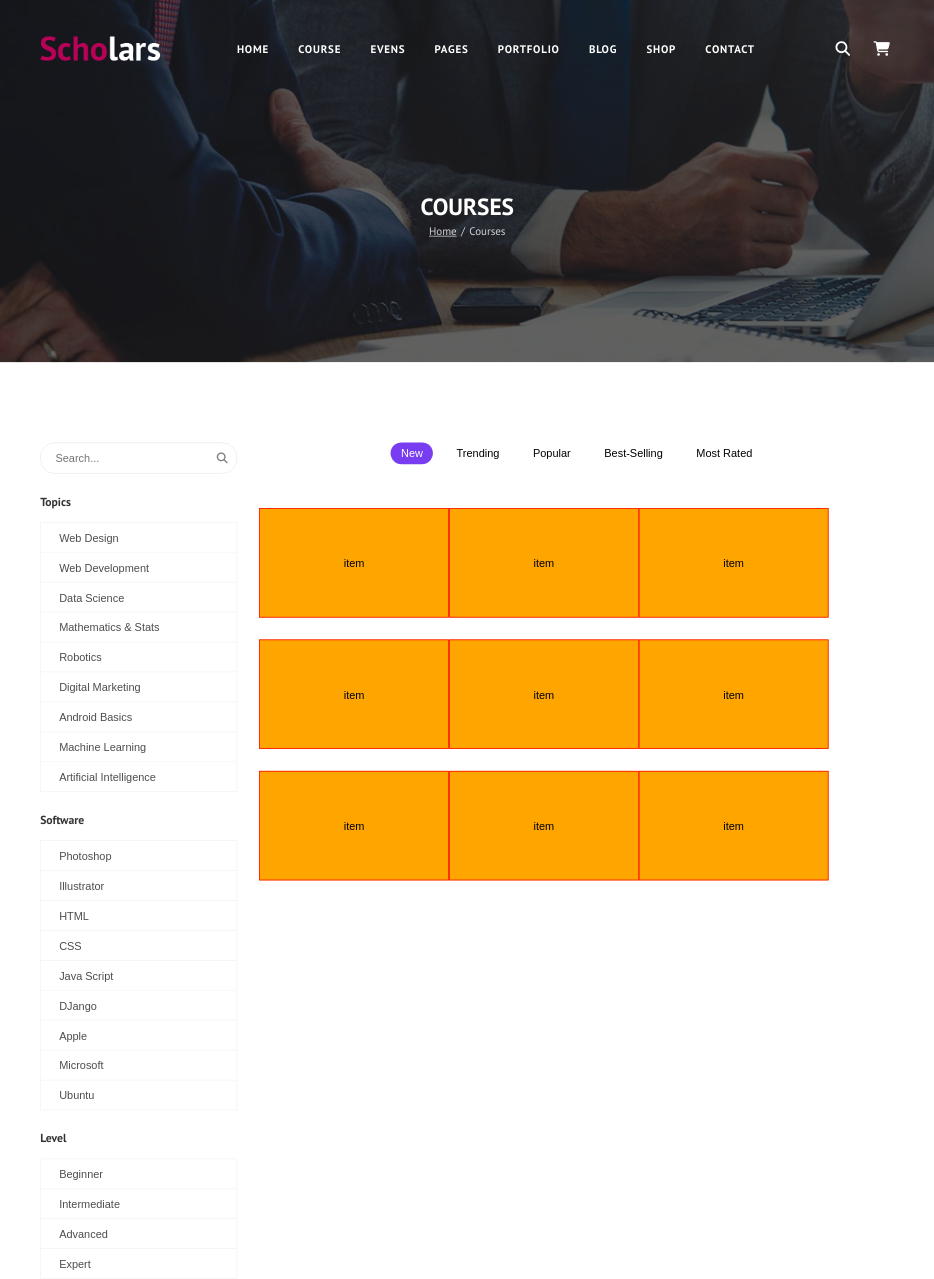
Repository: lannguyen1301/f8-zoom-day-7
Page: index.html
The author's editor kept a copy of each file at every save. The page is drawn from the files as they stood at one save, then again after the next save.
The browser window is 1280 px wide. The pictures show the whole page, at 73% of full size.
Some web fonts or font styles are not loaded; a fallback is used.

Above is the page before, as saved 2025-04-25 00:01:52.

### index.html
<!DOCTYPE html>
<html lang="en">

<head>
    <meta charset="UTF-8">
    <meta name="viewport" content="width=device-width, initial-scale=1.0">
    <title>Scholars - Education, University & LMS HTML Template</title>

    <!-- Styles -->
    <link rel="stylesheet" href="./assets/css/reset.css">
    <link rel="stylesheet" href="./assets/css/style.css">

    <!-- Icon Font Awesome -->
    <link rel="stylesheet" href="https://cdnjs.cloudflare.com/ajax/libs/font-awesome/6.7.2/css/all.min.css"
        integrity="sha512-Evv84Mr4kqVGRNSgIGL/F/aIDqQb7xQ2vcrdIwxfjThSH8CSR7PBEakCr51Ck+w+/U6swU2Im1vVX0SVk9ABhg=="
        crossorigin="anonymous" referrerpolicy="no-referrer" />

    <!-- Font -->
    <link rel="preconnect" href="https://fonts.googleapis.com">
    <link rel="preconnect" href="https://fonts.gstatic.com" crossorigin>

    <link
        href="https://fonts.googleapis.com/css2?family=PT+Sans:ital,wght@0,400;0,700;1,400;1,700&family=Source+Sans+3:ital,wght@0,200..900;1,200..900&display=swap"
        rel="stylesheet">
</head>

<body>
    <div class="wrapper">
        <!-- Start header wrapper -->
        <div class="header-wrapper">
            <div class="inner">
                <div class="container header-container">
                    <!-- Start Header -->
                    <div class="header">
                        <!-- logo -->
                        <a href="./">
                            <img src="./assets/img/logo/logo.png" alt="Scholars Logo" class="header-logo">
                        </a>

                        <!-- Start Navigation -->
                        <ul class="nav">
                            <li class="item">
                                <a href="#!" class="link">Home</a>
                            </li>
                            <li class="item">
                                <a href="#!" class="link">Course</a>
                            </li>
                            <li class="item">
                                <a href="#!" class="link">Evens</a>
                            </li>
                            <li class="item">
                                <a href="#!" class="link">pages</a>
                            </li>
                            <li class="item">
                                <a href="#!" class="link">Portfolio</a>
                            </li>
                            <li class="item">
                                <a href="#!" class="link">Blog</a>
                            </li>
                            <li class="item">
                                <a href="#!" class="link">Shop</a>
                            </li>
                            <li class="item">
                                <a href="#!" class="link">Contact</a>
                            </li>
                        </ul>
                        <!-- End Navigation -->

                        <!-- User action -->
                        <div class="action-wrapper">
                            <button class="action-btn">
                                <i class="fa-solid fa-magnifying-glass"></i>
                            </button>
                            <button class="action-btn">
                                <i class="fa-solid fa-cart-shopping"></i>
                            </button>
                        </div>
                    </div>
                    <!-- End Header -->

                    <!-- Start Header Content -->
                    <div class="header-content">
                        <h1 class="heading">COURSES</h1>
                        <ul class="breadcrumb">
                            <li>
                                <a href="#!">Home</a>
                            </li>
                            <li>Courses</li>
                        </ul>
                    </div>
                    <!-- End Header Content -->
                </div>
            </div>
        </div>
        <!-- End header wrapper -->

        <!-- Start main -->
        <div class="main">
            <div class="container">
                <div class="inner">
                    <!-- Start sidebar -->
                    <div class="sidebar">
                        <!-- Start search form -->
                        <form action="" class="search-form" autocomplete="off">
                            <input type="text" name="" id="" placeholder="Search..." spellcheck="false"
                                class="search-input">
                            <button class="search-btn">
                                <i class="fa-solid fa-magnifying-glass"></i>
                            </button>
                        </form>
                        <!-- End search form -->

                        <!-- Start sidebar menu -->
                        <h2 class="menu-title">
                            Topics
                        </h2>
                        <ul class="menu">
                            <li>
                                <a href="#!">Web Design</a>
                            </li>
                            <li>
                                <a href="#!">Web Development</a>
                            </li>
                            <li>
                                <a href="#!">Data Science</a>
                            </li>
                            <li>
                                <a href="#!">Mathematics & Stats</a>
                            </li>
                            <li>
                                <a href="#!">Robotics</a>
                            </li>
                            <li>
                                <a href="#!">Digital Marketing</a>
                            </li>
                            <li>
                                <a href="#!">Android Basics</a>
                            </li>
                            <li>
                                <a href="#!">Machine Learning</a>
                            </li>
                            <li>
                                <a href="#!">Artificial Intelligence</a>
                            </li>
                        </ul>

                        <h2 class="menu-title">
                            Software
                        </h2>
                        <ul class="menu">
                            <li>
                                <a href="#!">Photoshop</a>
                            </li>
                            <li>
                                <a href="#!">Illustrator</a>
                            </li>
                            <li>
                                <a href="#!">HTML</a>
                            </li>
                            <li>
                                <a href="#!">CSS</a>
                            </li>
                            <li>
                                <a href="#!">Java Script</a>
                            </li>
                            <li>
                                <a href="#!">DJango</a>
                            </li>
                            <li>
                                <a href="#!">Apple</a>
                            </li>
                            <li>
                                <a href="#!">Microsoft</a>
                            </li>
                            <li>
                                <a href="#!">Ubuntu</a>
                            </li>
                        </ul>

                        <h2 class="menu-title">
                            Level
                        </h2>
                        <ul class="menu">
                            <li>
                                <a href="#!">Beginner</a>
                            </li>
                            <li>
                                <a href="#!">Intermediate</a>
                            </li>
                            <li>
                                <a href="#!">Advanced</a>
                            </li>
                            <li>
                                <a href="#!">Expert</a>
                            </li>
                        </ul>
                        <!-- End sidebar menu -->
                    </div>
                    <!-- End sidebar -->

                    <!-- Start main content -->
                    <div class="main-content">
                        <!-- Start topics -->
                        <ul class="topics">
                            <li class="active">
                                <a href="#!">New</a>
                            </li>
                            <li>
                                <a href="#!">Trending</a>
                            </li>
                            <li>
                                <a href="#!">Popular</a>
                            </li>
                            <li>
                                <a href="#!">Best-Selling</a>
                            </li>
                            <li>
                                <a href="#!">Most Rated</a>
                            </li>
                        </ul>
                        <!-- End topics -->

                        <!-- Start Courses lisst -->
                        <div class="courses-list">
                            <div class="courses-item">item</div>
                            <div class="courses-item">item</div>
                            <div class="courses-item">item</div>
                            <div class="courses-item">item</div>
                            <div class="courses-item">item</div>
                            <div class="courses-item">item</div>
                            <div class="courses-item">item</div>
                            <div class="courses-item">item</div>
                            <div class="courses-item">item</div>
                        </div>
                        <!-- End Courses lisst -->
                    </div>
                    <!-- End main content -->
                </div>
            </div>
        </div>
        <!-- End main -->
    </div>

</body>

</html>

### assets/css/style.css
*,
::before,
::after {
    box-sizing: border-box;
}

:root {
    --heading-font: "PT Sans", sans-serif;
    --black: #000;
    --white: #fff;
    --primary: #b80257;
    --secondary: #783df0;
}

html {
    font-size: 62.5%;
}

body {
    scroll-behavior: smooth;
    font-family: "Source Sans 3", sans-serif;
    font-size: 1.5rem;
}

h1,
h2,
h3,
h4,
h5,
h6 {
    font-family: var(--heading-font);
    font-weight: 700;
}

input,
button {
    border: none;
    outline: none;
    background: transparent;
    cursor: pointer;
}

a,
img,
button,
input,
textarea,
select {
    font-size: inherit;
    font-family: inherit;
    color: inherit;
    -webkit-tap-highlight-color: transparent;
    /**
        Thuộc tính -webkit-tap-highlight-color được sử dụng trong CSS
        để kiểm soát hiệu ứng highlight (màu nhấp nháy) khi người dùng chạm vào
        một phần tử trên các thiết bị di động sử dụng trình duyệt WebKit (Safari, Chrome trên iOS).
    **/
}

.container {
    width: 1170px;
    max-width: 100%;
    margin: 0 auto;
}

/* Start header wrapper */
.header-wrapper {
    display: flex;
    width: 100%;
    min-height: 496px;
    background-image: url(../img/banner/banner-2.jpg);
    background-repeat: no-repeat;
    background-size: cover;
    background-position: center;
}

.header-wrapper .inner {
    display: flex;
    width: 100%;
    background: rgba(0, 0, 0, 0.6);
}

.header-container {
    display: flex;
    flex-direction: column;
}

.header {
    display: flex;
    align-items: center;
    justify-content: space-between;
    padding-top: 40px;
}

.header-content {
    display: flex;
    flex-direction: column;
    align-items: center;
    justify-content: center;
    gap: 10px;
    flex-grow: 1;
    color: var(--white);
}

.header .nav {
    display: flex;
}

.nav a {
    display: inline-block;
    padding: 20px;
    color: var(--white);
    text-transform: uppercase;
    text-decoration: none;
    font-family: var(--heading-font);
    font-weight: 700;
    font-size: 1.5rem;
    letter-spacing: 1.1px;
}

.action-wrapper {
    display: flex;
    align-items: center;
    justify-content: center;
    gap: 20px;
}

.action-btn {
    font-size: 2rem;
    color: var(--white);
}

h1.heading {
    font-size: 3.2rem;
}

.breadcrumb {
    display: flex;
    font-family: var(--heading-font);
    font-size: 1.5rem;
    color: #fffc;
}

.breadcrumb li + li::before {
    content: "/";
    padding: 0 6px;
}

/* Start main */
.main {
    margin-top: 110px;
}

.main .inner {
    display: flex;
    gap: 30px;
}

/* Start sidebar */
.sidebar {
    width: 270px;
}

.search-form {
    display: flex;
    align-items: center;
    height: 43px;
    border: 1px solid #00000017;
    border-radius: 20px;
    overflow: hidden;
}

.search-input {
    flex-grow: 1;
    padding-left: 20px;
}

.search-input:not(:placeholder-shown) + .search-btn {
    color: #333;
}

.search-btn {
    padding: 0 20px;
    /* height: 100%; */
    align-self: stretch;
    color: #00000080;
}

.menu-title {
    margin-top: 30px;
    color: #333;
    font-size: 1.6rem;
}

ul.menu {
    margin-top: 20px;
    border: 1px solid #0000000d;
}

ul.menu li + li {
    border-top: 1px solid #0000000d;
}

.menu a {
    display: flex;
    align-items: center;
    height: 40px;
    padding: 0 25px;
    color: #000000b3;
    text-decoration: none;
}

.menu a:hover {
    color: var(--secondary);
}

.main .main-content {
    flex-grow: 1;
}

/* Topics */
.topics {
    display: flex;
    gap: 18px;
    justify-content: center;
}

.topics a {
    display: inline-block;
    height: 30px;
    padding: 0 14px;
    border-radius: 999px;
    text-decoration: none;
    line-height: 30px;
}

.topics .active a,
.topics a:hover {
    background: var(--secondary);
    /* border-radius: 999px; */
    color: var(--white);
}

/* Courses list */
.courses-list {
    display: flex;
    flex-wrap: wrap;
    row-gap: 30px;
    margin-top: 60px;
    /* margin-left: -30px; */
}

.courses-item {
    display: flex;
    align-items: center;
    justify-content: center;
    width: calc(33.333% - 30px);
    min-height: 150px;
    /* margin-left: 30px; */
    background: orange;
    border: 1px solid red;
}

Loaded but not shown: assets/css/reset.css (common file)

After the next save:
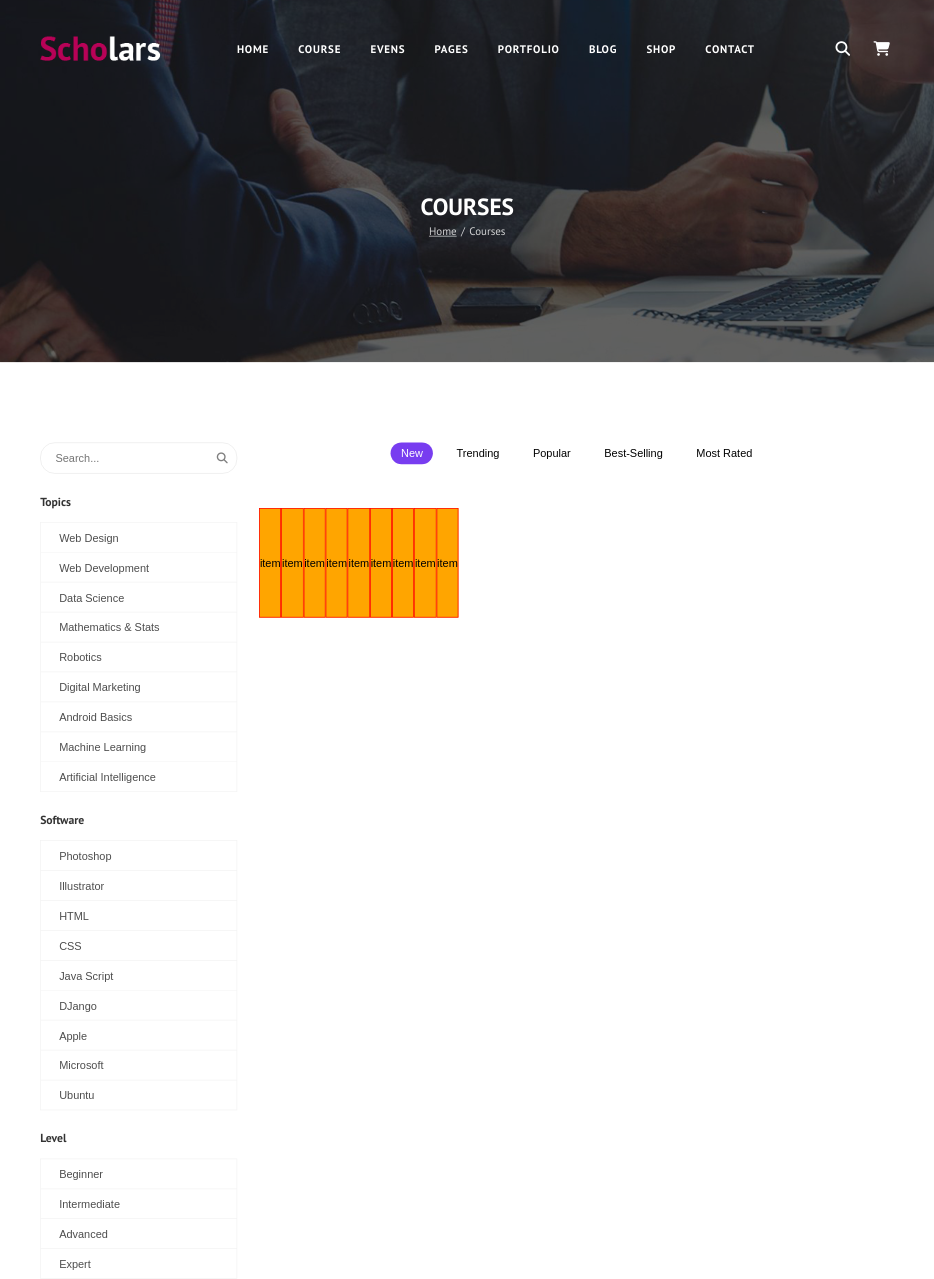
Saved 3 min 34 s later.
--- a/assets/css/style.css
+++ b/assets/css/style.css
@@ -243,6 +243,8 @@ ul.menu li + li {
 
 /* Courses list */
 .courses-list {
+    --column: 3;
+
     display: flex;
     flex-wrap: wrap;
     row-gap: 30px;
@@ -254,7 +256,7 @@ ul.menu li + li {
     display: flex;
     align-items: center;
     justify-content: center;
-    width: calc(33.333% - 30px);
+    width: calc(100% - var(--column) - 30px);
     min-height: 150px;
     /* margin-left: 30px; */
     background: orange;
